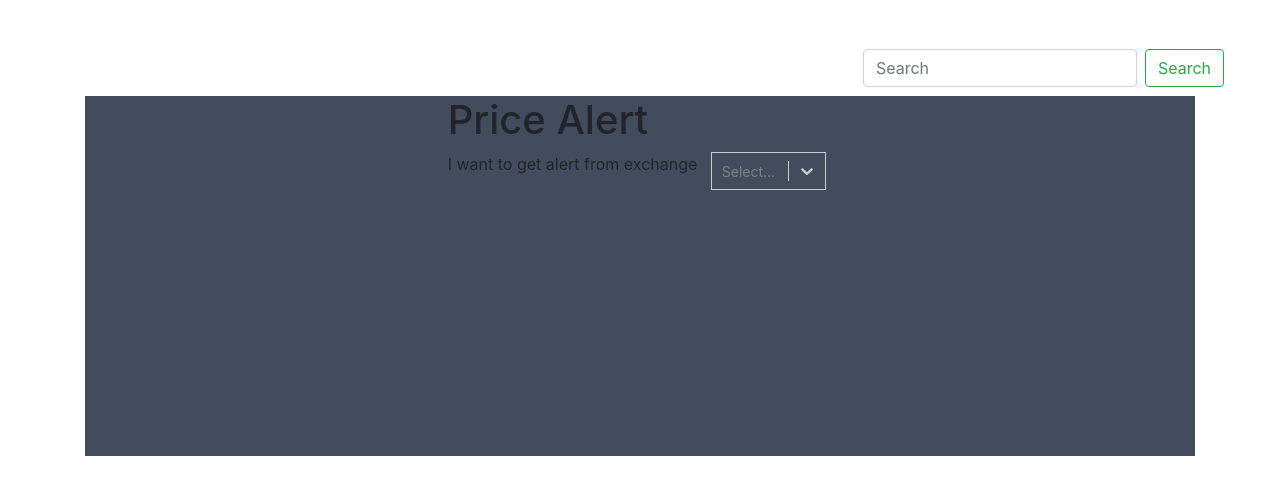
Repository: flychicken123/PriceAlertFront
Page: /
An editor plug-in stored every save of this project. The page is shown before and after a run of saves, followed by the edit.
The browser window is 1280 px wide. The pictures show the whole page.
The page's requests for data from a server got no answer. The project was rebuilt for these pictures with package versions that can differ from the ones it lists, and the page was loaded fresh each time. No one was signed in, and anything a server would have sent is missing. Also part of the build but not shown: src/App.css.

Above is the page before, as saved 2021-03-07 11:02:31.

### public/index.html
<!DOCTYPE html>
<html lang="en">
  <head>
    <meta charset="utf-8" />
    <link rel="icon" href="%PUBLIC_URL%/favicon.ico" />
    <meta name="viewport" content="width=device-width, initial-scale=1" />
    <meta name="theme-color" content="#000000" />
    <meta
      name="description"
      content="Web site created using create-react-app"
    />
    <link rel="apple-touch-icon" href="%PUBLIC_URL%/logo192.png" />
    <!--
      manifest.json provides metadata used when your web app is installed on a
      user's mobile device or desktop. See https://developers.google.com/web/fundamentals/web-app-manifest/
    -->
    <link rel="manifest" href="%PUBLIC_URL%/manifest.json" />
    <link
  rel="stylesheet"
  href="https://cdn.jsdelivr.net/npm/bootstrap@4.6.0/dist/css/bootstrap.min.css"
  integrity="sha384-B0vP5xmATw1+K9KRQjQERJvTumQW0nPEzvF6L/Z6nronJ3oUOFUFpCjEUQouq2+l"
  crossorigin="anonymous"
/>
<link rel="stylesheet" href="https://fonts.googleapis.com/css?family=Roboto:300,400,500,700&display=swap" />

    <!--
      Notice the use of %PUBLIC_URL% in the tags above.
      It will be replaced with the URL of the `public` folder during the build.
      Only files inside the `public` folder can be referenced from the HTML.

      Unlike "/favicon.ico" or "favicon.ico", "%PUBLIC_URL%/favicon.ico" will
      work correctly both with client-side routing and a non-root public URL.
      Learn how to configure a non-root public URL by running `npm run build`.
    -->
    <title>React App</title>
  </head>
  <body>
    <noscript>You need to enable JavaScript to run this app.</noscript>
    <div id="root"></div>
    <!--
      This HTML file is a template.
      If you open it directly in the browser, you will see an empty page.

      You can add webfonts, meta tags, or analytics to this file.
      The build step will place the bundled scripts into the <body> tag.

      To begin the development, run `npm start` or `yarn start`.
      To create a production bundle, use `npm run build` or `yarn build`.
    -->
  </body>
</html>

### src/App.js
import logo from './logo.svg';
import './App.css';
import { BrowserRouter as Router, Switch, Route } from 'react-router-dom';
import TopNavbar from './components/TopNavbar';
import Home from './components/Home.jsx';
const App = () => {
  return (
    <Router>
      <TopNavbar />
      <Switch>
        <Route path='/' component={Home} />
      </Switch>
    </Router>
  )
}

export default App;

### src/components/TopNavbar.jsx
import React, { Component } from 'react';
import { Button, Navbar, Nav, NavDropdown, Form, FormControl } from "react-bootstrap";
const TopNavbar = () => {
    return (
        <div>
            <Navbar bg="#282c34" variant="dark" expand="lg">
                <Navbar.Brand href="#home">React-Bootstrap</Navbar.Brand>
                <Navbar.Toggle aria-controls="basic-navbar-nav" />
                <Navbar.Collapse id="basic-navbar-nav">
                    <Nav className="mr-auto">
                        <Nav.Link href="#home">Home</Nav.Link>
                        <Nav.Link href="#link">Link</Nav.Link>
                        <NavDropdown title="Dropdown" id="basic-nav-dropdown">
                            <NavDropdown.Item href="#action/3.1">Action</NavDropdown.Item>
                            <NavDropdown.Item href="#action/3.2">Another action</NavDropdown.Item>
                            <NavDropdown.Item href="#action/3.3">Something</NavDropdown.Item>
                            <NavDropdown.Divider />
                            <NavDropdown.Item href="#action/3.4">Separated link</NavDropdown.Item>
                        </NavDropdown>
                    </Nav>
                    <Form inline>
                        <FormControl type="text" placeholder="Search" className="mr-sm-2" />
                        <Button variant="outline-success">Search</Button>
                    </Form>
                </Navbar.Collapse>
            </Navbar>
        </div>
    )
};
export default TopNavbar

### src/components/Home.jsx
import React, { useState, Component, Select, useEffect, useCallback } from 'react';
import AsyncSelect from 'react-select/async';
import { Form, Container, Col } from 'react-bootstrap';
import '../css/Home.css';
export default function Home(props) {
    const [coinTypes, setCoinTypes] = useState([]);
    const [selectedOption, setSelectedOption] = useState(props ? props.match?.params?.template_id : null);
    const customStyles = {
        control: base => ({
            ...base,
            height: 25,
            width: 115,
            fontSize: 14,
        })
    };


    // const coinOptions = (f) => {
    //     return [{ name: "- select -", id: "" }, ...coinTypes].map((coinType) => {
    //         return {
    //             label: coinType.name,
    //             value: coinType.id
    //         }
    //     })
    // };
    const handleCoinChange = useCallback((coin_id) => {
        setSelectedOption(coin_id);
        console.log(coin_id.name);
    }, []);
    const fetchCoinList = () => {
        return fetch(`https://6043fea2a20ace001728e9b7.mockapi.io/api/v1/coinlist/coinlist`).then(res => res.json());
    }


    return (

        < div className='mainControl' >
            <Container fluid="md">

                <div style={{ display: 'flex', justifyContent: 'center', height: '50vh', backgroundColor: '#434c5f', width: '200' }}>

                    <Form>
                        <h1>Price Alert</h1>

                        <Form.Row>

                            <Col xs={8}>
                                I want to get alert from exchange
                            </Col>
                            <Col>
                                <AsyncSelect
                                    cacheOptions
                                    defaultOptions
                                    onChange={handleCoinChange}
                                    value={selectedOption}
                                    loadOptions={fetchCoinList}
                                    getOptionValue={option => option.id}
                                    getOptionLabel={option => option.name}
                                    styles={customStyles}
                                    theme={theme => ({
                                        ...theme,
                                        borderRadius: 0,
                                        colors: {
                                            ...theme.colors,
                                            primary25: '#191f2b',
                                            primary: '#515c73f',
                                            neutral0: '434c5f',
                                            neutral80: 'white'

                                        },
                                    })}
                                />
                            </Col>
                            <Col></Col>
                        </Form.Row>

                    </Form>

                </div>
            </Container>
        </div >
    )
}

### src/css/Home.css
body {
    background-color: #434c5f;
    color: white;
    padding: 40px;
    font-family: Arial;
    text-align: center;
  }

Loaded but not shown: src/index.js (common file); src/index.css (common file); src/reportWebVitals.js (common file)

After the next 3 saves:
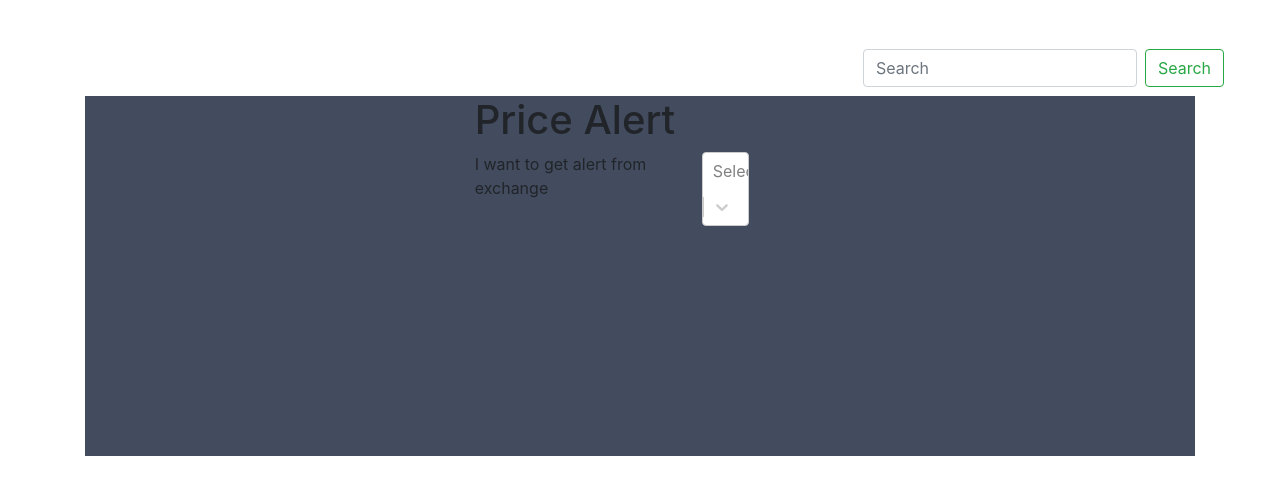
The 3 saves are shown as one change because 2 did not build or start.
The last was saved 10 min 29 s later.
--- a/src/components/Home.jsx
+++ b/src/components/Home.jsx
@@ -5,14 +5,14 @@ import '../css/Home.css';
 export default function Home(props) {
     const [coinTypes, setCoinTypes] = useState([]);
     const [selectedOption, setSelectedOption] = useState(props ? props.match?.params?.template_id : null);
-    const customStyles = {
-        control: base => ({
-            ...base,
-            height: 25,
-            width: 115,
-            fontSize: 14,
-        })
-    };
+    // const customStyles = {
+    //     control: base => ({
+    //         ...base,
+    //         height: 25,
+    //         width: 115,
+    //         fontSize: 14,
+    //     })
+    // };
 
 
     // const coinOptions = (f) => {
@@ -56,19 +56,19 @@ export default function Home(props) {
                                     loadOptions={fetchCoinList}
                                     getOptionValue={option => option.id}
                                     getOptionLabel={option => option.name}
-                                    styles={customStyles}
-                                    theme={theme => ({
-                                        ...theme,
-                                        borderRadius: 0,
-                                        colors: {
-                                            ...theme.colors,
-                                            primary25: '#191f2b',
-                                            primary: '#515c73f',
-                                            neutral0: '434c5f',
-                                            neutral80: 'white'
+                                // styles={customStyles}
+                                // theme={theme => ({
+                                //     ...theme,
+                                //     borderRadius: 0,
+                                //     colors: {
+                                //         ...theme.colors,
+                                //         primary25: '#191f2b',
+                                //         primary: '#515c73f',
+                                //         neutral0: '434c5f',
+                                //         neutral80: 'white'
 
-                                        },
-                                    })}
+                                //     },
+                                // })}
                                 />
                             </Col>
                             <Col></Col>
